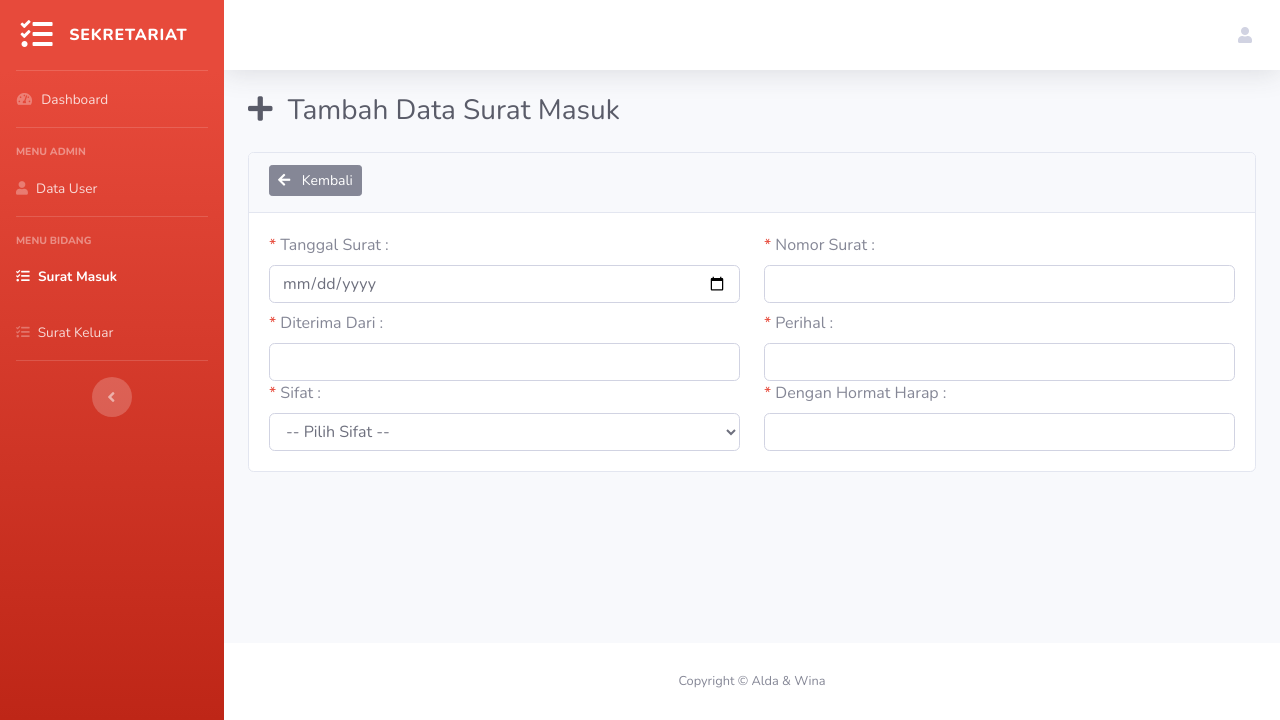
Repository: aldasamrotulfuadah/projek-PKL
Page: http://localhost/suratmasuk/create
An editor plug-in stored every save of this project. The page is shown before and after a run of saves, followed by the edit.
The browser window is 1280 px wide. The pictures show the whole page.
The page is served by the project's Laravel application, run on PHP 8.4 with Laravel 12. A made-up administrator, Test User (test@example.com), is signed in. Other server files are loaded and not shown.

Above is the page before, as saved 2026-03-12 11:17:41.

### routes/web.php
<?php

use App\Http\Controllers\AuthController;
use App\Http\Controllers\DashboardController;
use App\Http\Controllers\SuratKeluarController;
use App\Http\Controllers\SuratMasukController;
use App\Http\Controllers\UserController;
use Illuminate\Support\Facades\Route;




Route::get('/', function () {
    return view('welcome');
})->name('welcome');

// Login
Route::get('/login', [AuthController::class, 'login'])->name('login');
Route::post('/login', [AuthController::class, 'loginProses'])->name('loginProses');

//user
Route::get('/user', [UserController::class, 'user'])->name('user');
Route::get('/user/create', [UserController::class, 'create'])->name('userCreate');
Route::post('/user/store', [UserController::class, 'store'])->name('userStore');
Route::get('/user/edit/{id}', [UserController::class, 'edit'])->name('userEdit');
Route::post('/user/update/{id}', [UserController::class, 'update'])->name('userUpdate');
Route::delete('/user/destroy/{id}', [UserController::class, 'destroy'])->name('userDestroy');

// Logout
Route::get('/logout', [AuthController::class, 'logout'])->name('logout');

Route::middleware('checkLogin')->group(function(){
    // Dashboard
    Route::get('/dashboard', [DashboardController::class, 'index'])->name('dashboard');
    // Surat Masuk
    Route::get('/suratmasuk', [SuratMasukController::class, 'index'])->name('suratmasuk');
    Route::get('/suratmasuk/create', [SuratMasukController::class, 'create'])->name('suratmasukCreate');


    // Surat Keluar
    Route::get('/suratkeluar', [SuratKeluarController::class, 'index'])->name('suratkeluar');

});

### app/Models/User.php
<?php

namespace App\Models;

// use Illuminate\Contracts\Auth\MustVerifyEmail;
use Illuminate\Database\Eloquent\Factories\HasFactory;
use Illuminate\Foundation\Auth\User as Authenticatable;
use Illuminate\Notifications\Notifiable;

class User extends Authenticatable
{
    use HasFactory, Notifiable;

    /**
     * The attributes that are mass assignable.
     *
     * @var array<int, string>
     */
    protected $fillable = [
        'nama',
        'email',
        'Jabatan',
        'is_tugas',
        'password',
    ];

    /**
     * The attributes that should be hidden for serialization.
     *
     * @var array<int, string>
     */
    protected $hidden = [
        'password',
        'remember_token',
    ];

    /**
     * Get the attributes that should be cast.
     *
     * @return array<string, string>
     */
    protected function casts(): array
    {
        return [
            'email_verified_at' => 'datetime',
            'password' => 'hashed',
        ];
    }
}

### app/Http/Controllers/SuratMasukController.php
<?php

namespace App\Http\Controllers;

use App\Models\SuratMasuk;
use Illuminate\Http\Request;

class SuratMasukController extends Controller
{
    public function index(){
        $data = array(
            'title'   => 'Data Surat Masuk',
            'menuSuratMasuk'   => 'active',
            'suratmasuk'   => suratmasuk::get(),
        );
        return view('suratm/suratmasuk',$data);
    }

    public function create(){
        $data = array(
            'title'   => 'Tambah Data Surat Masuk',
            'menuSuratMasuk'   => 'active',
        );
        return view('suratm/create',$data);
    }

}

### resources/views/suratm/create.blade.php
@extends('layouts/app')

@section('content')

    <h1 class="h3 mb-4 text-gray-800">
        <i class="fas fa-plus mr-2"></i>
       {{ $title }}
    </h1>


    <div class="card">
        <div class="card-header d-flex flex-wrap justify-content-center justify-content-xl-between">
            <div class="mb-1 mr-2">
                <a href="{{ route('suratmasuk') }}" class="btn btn-sm btn-secondary">
                    <i class="fas fa-arrow-left mr-2"></i>
                Kembali
                </a>
            </div>
        </div>
        <div class="card-body">
            <div class="row mb-2">
                <div class="col-6">
                    <label class="form-label">
                        <span class="text-danger">*</span>
                        Tanggal Surat :
                    </label>
                    <input type="date" name="tanggal" class="form-control">
                </div>
                <div class="col-6">
                    <label class="form-label">
                        <span class="text-danger">*</span>
                        Nomor Surat :
                    </label>
                    <input type="text" name="nomor" class="form-control">
                </div>
            </div>
            <div class="row" mb-2>
                <div class="col-6">
                    <label class="form-label">
                        <span class="text-danger">*</span>
                        Diterima Dari :
                    </label>
                    <input type="text" name="diterima_dari" class="form-control">
                </div>
                <div class="col-6">
                    <label class="form-label">
                        <span class="text-danger">*</span>
                        Perihal :
                    </label>
                    <input type="text" name="perihal" class="form-control">
                </div>
            </div>
            <div class="row" mb-2>
                <div class="col-6">
                    <label class="form-label">
                        <span class="text-danger">*</span>
                        Sifat :
                    </label>
                    <select name="sifat" class="form-control">
                        <option selected>-- Pilih Sifat --</option>
                        <option value="Sangat_Segera">Sangat Segera</option>
                        <option value="Segera">Segera</option>
                        <option value="Rahasia">Rahasia</option>
                  </select>
                </div>
                <div class="col-6">
                    <label class="form-label">
                        <span class="text-danger">*</span>
                        Dengan Hormat Harap :
                    </label>
                    <input type="text" name="perihal" class="form-control">
                </div>
            </div>
        </div>
    </div>



@endsection

### resources/views/layouts/app.blade.php
@include('layouts/header')

<body id="page-top">

    <!-- Page Wrapper -->
    <div id="wrapper">

@include('layouts/sidebar')

        <!-- Content Wrapper -->
        <div id="content-wrapper" class="d-flex flex-column">

            <!-- Main Content -->
            <div id="content">

                <!-- Topbar -->
                <nav class="navbar navbar-expand navbar-light bg-white topbar mb-4 static-top shadow">

                    <!-- Sidebar Toggle (Topbar) -->
                    <button id="sidebarToggleTop" class="btn btn-link d-md-none rounded-circle mr-3">
                        <i class="fa fa-bars"></i>
                    </button>

                    <!-- Topbar Navbar -->
                    <ul class="navbar-nav ml-auto">

                        <!-- Nav Item - User Information -->
                        <li class="nav-item dropdown no-arrow">
                            <a class="nav-link dropdown-toggle" href="#" id="userDropdown" role="button"
                                data-toggle="dropdown" aria-haspopup="true" aria-expanded="false">
                                <span class="mr-2 d-none d-lg-inline text-gray-600 small">
                                    {{ auth()->user()->nama }}
                                </span>
                                <i class="fas fa-user"></i>
                            </a>
                            <!-- Dropdown - User Information -->
                            <div class="dropdown-menu dropdown-menu-right shadow animated--grow-in"
                                aria-labelledby="userDropdown">
                                <a class="dropdown-item" href="#">
                                    <div class="badge badge-secondary justify-content-center d-flex">
                                         {{ auth()->user()->Jabatan }}
                                    </div>
                                </a>
                                <a class="dropdown-item" href="#">
                                    <i class="fas fa-cogs fa-sm fa-fw mr-2 text-gray-400"></i>
                                    Pengaturan
                                </a>
                                <div class="dropdown-divider"></div>
                                <a class="dropdown-item" href="{{ route('logout') }}">
                                    <i class="fas fa-sign-out-alt fa-sm fa-fw mr-2 text-gray-400"></i>
                                    Logout
                                </a>
                            </div>
                        </li>

                    </ul>

                </nav>
                <!-- End of Topbar -->

                <!-- Begin Page Content -->
                <div class="container-fluid">

                    @yield('content')

                </div>
                <!-- /.container-fluid -->

            </div>
            <!-- End of Main Content -->

            <!-- Footer -->
            <footer class="sticky-footer bg-white">
                <div class="container my-auto">
                    <div class="copyright text-center my-auto">
                        <span>Copyright &copy; Alda & Wina</span>
                    </div>
                </div>
            </footer>
            <!-- End of Footer -->

        </div>
        <!-- End of Content Wrapper -->

    </div>
    <!-- End of Page Wrapper -->

    <!-- Scroll to Top Button-->
    <a class="scroll-to-top rounded" href="#page-top">
        <i class="fas fa-angle-up"></i>
    </a>

    <!-- Logout Modal-->
    <div class="modal fade" id="logoutModal" tabindex="-1" role="dialog" aria-labelledby="exampleModalLabel"
        aria-hidden="true">
        <div class="modal-dialog" role="document">
            <div class="modal-content">
                <div class="modal-header">
                    <h5 class="modal-title" id="exampleModalLabel">Ready to Leave?</h5>
                    <button class="close" type="button" data-dismiss="modal" aria-label="Close">
                        <span aria-hidden="true">×</span>
                    </button>
                </div>
                <div class="modal-body">Select "Logout" below if you are ready to end your current session.</div>
                <div class="modal-footer">
                    <button class="btn btn-secondary" type="button" data-dismiss="modal">Cancel</button>
                    <a class="btn btn-primary" href="login.html">Logout</a>
                </div>
            </div>
        </div>
    </div>

@include('layouts/footer')

### resources/views/layouts/header.blade.php
<!DOCTYPE html>
<html lang="en">

<head>

    <meta charset="utf-8">
    <meta http-equiv="X-UA-Compatible" content="IE=edge">
    <meta name="viewport" content="width=device-width, initial-scale=1, shrink-to-fit=no">
    <meta name="description" content="">
    <meta name="author" content="">

    <title>Masuk.in | Dashboard {{ $title }}</title>

    <!-- Custom fonts for this template-->
    <link href="{{ asset('sbadmin2/vendor/fontawesome-free/css/all.min.css') }}" rel="stylesheet" type="text/css">
    <link href="https://fonts.googleapis.com/css?family=Nunito:200,200i,300,300i,400,400i,600,600i,700,700i,800,800i,900,900i"
        rel="stylesheet">

    <!-- Custom styles for this template-->
    <link href="{{ asset('sbadmin2/css/sb-admin-2.min.css') }}" rel="stylesheet">
     <link href="{{ asset('sbadmin2/vendor/datatables/dataTables.bootstrap4.min.css') }}" rel="stylesheet">

</head>

### resources/views/layouts/sidebar.blade.php
        <!-- Sidebar -->
        <ul class="navbar-nav bg-gradient-danger sidebar sidebar-dark accordion" id="accordionSidebar">

            <!-- Sidebar - Brand -->
            <a class="sidebar-brand d-flex align-items-center justify-content-center" href="index.html">
                <div class="sidebar-brand-icon">
                    <i class="fas fa-tasks"></i>
                </div>
                <div class="sidebar-brand-text mx-3">Sekretariat</div>
            </a>

            <!-- Divider -->
            <hr class="sidebar-divider my-0">

            <!-- Nav Item - Dashboard -->
            <li class="nav-item {{ $menuDashboard ?? '' }}">
                <a class="nav-link" href="{{ route('dashboard') }}">
                    <i class="fas fa-fw fa-tachometer-alt"></i>
                    <span>Dashboard</span></a>
            </li>

            <!-- Divider -->
            <hr class="sidebar-divider">

            <!-- Heading -->
            <div class="sidebar-heading">
                Menu Admin
            </div>

            <!-- Nav Item - Charts -->
            <li class="nav-item {{ $menuAdminUser ?? '' }}">
                <a class="nav-link" href="{{ route('user') }}">
                    <i class="fas fa-user"></i>
                    <span>Data User</span></a>

                    <!-- Divider -->
                    <hr class="sidebar-divider">

                <div class="sidebar-heading">
                    Menu Bidang
                </div>
                <!-- Nav Item - Charts -->
                <li class="nav-item {{ $menuSuratMasuk ?? '' }}">
                    <a class="nav-link" href="{{ route('suratmasuk') }}">
                        <i class="fas fa-tasks"></i>
                        <span>Surat Masuk</span></a>
                </li>

                <!-- Nav Item - Tables -->
                <li class="nav-item {{ $menuSuratKeluar ?? '' }}">
                    <a class="nav-link" href="{{ route('suratkeluar') }}">
                        <i class="fas fa-tasks"></i>
                        <span>Surat Keluar</span></a>
                </li>

                <!-- Divider -->
                <hr class="sidebar-divider d-none d-md-block">

                <!-- Sidebar Toggler (Sidebar) -->
                <div class="text-center d-none d-md-inline">
                    <button class="rounded-circle border-0" id="sidebarToggle"></button>
                </div>
            </ul>
        <!-- End of Sidebar -->

### resources/views/layouts/footer.blade.php
<script src="{{ asset('sbadmin2/vendor/jquery/jquery.min.js') }}"></script>
    <script src="{{ asset('sbadmin2/vendor/bootstrap/js/bootstrap.bundle.min.js') }}"></script>
    <script src="{{ asset('sbadmin2/vendor/jquery-easing/jquery.easing.min.js') }}"></script>
    <script src="{{ asset('sbadmin2/js/sb-admin-2.min.js') }}"></script>

    <script src="{{ asset('sbadmin2/vendor/datatables/jquery.dataTables.min.js') }}"></script>
    <script src="{{ asset('sbadmin2/vendor/datatables/dataTables.bootstrap4.min.js') }}"></script>
    <script src="{{ asset('sbadmin2/js/demo/datatables-demo.js') }}"></script>
    <script src="{{ asset('sweetalert2/dist/sweetalert2.all.min.js') }}"></script>

     @session('success')
        <script>
        Swal.fire({
            title: "Sukses",
            text: "{{ session('success') }}",
            icon: "success"
        });
    </script>
    @endsession

    @session('error')
        <script>
        Swal.fire({
            title: "Gagal",
            text: "{{ session('error') }}",
            icon: "gagal"
        });
    </script>
    @endsession


</body>

</html>

Loaded but not shown: app/Http/Controllers/Controller.php (common file); public/sbadmin2/css/sb-admin-2.min.css (library); public/sbadmin2/js/sb-admin-2.min.js (common file); public/sbadmin2/js/demo/datatables-demo.js (common file); public/sweetalert2/dist/sweetalert2.all.min.js (library)

After the next 2 saves:
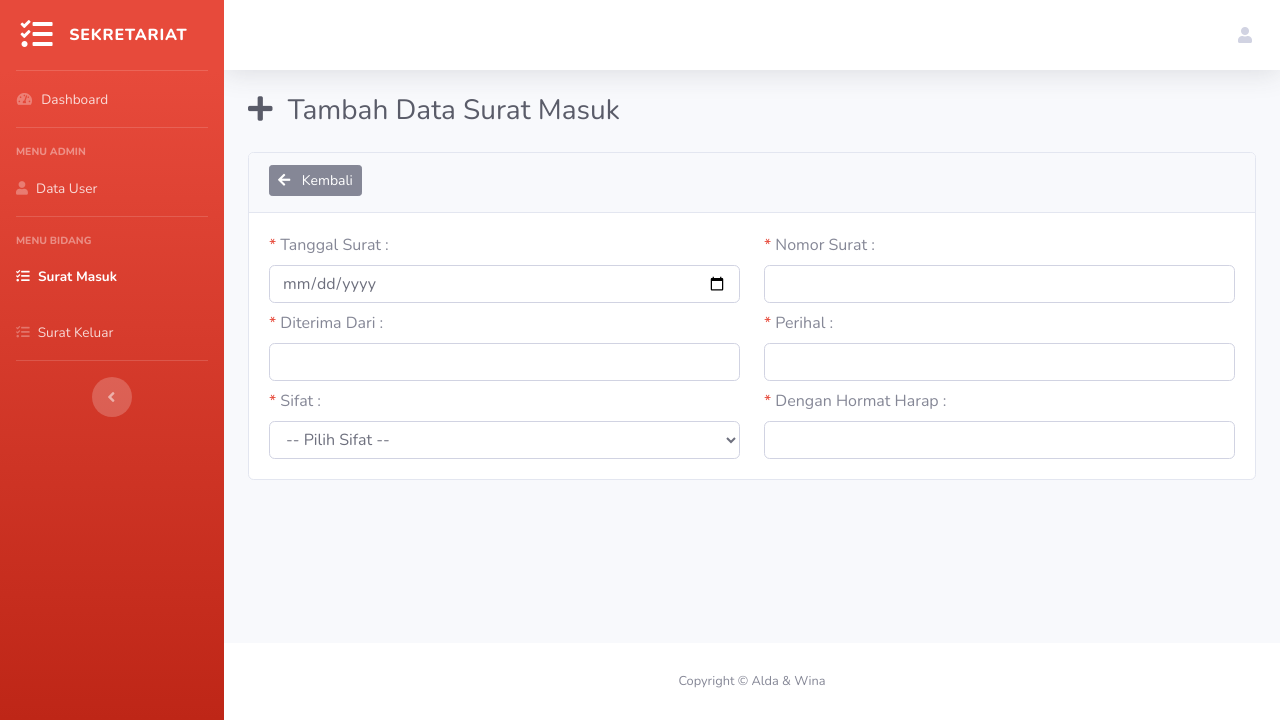
The 2 saves are shown as one change because they came seconds apart.
The last was saved 11 s later.
--- a/resources/views/suratm/create.blade.php
+++ b/resources/views/suratm/create.blade.php
@@ -34,7 +34,7 @@
                     <input type="text" name="nomor" class="form-control">
                 </div>
             </div>
-            <div class="row" mb-2>
+            <div class="row mb-2">
                 <div class="col-6">
                     <label class="form-label">
                         <span class="text-danger">*</span>
